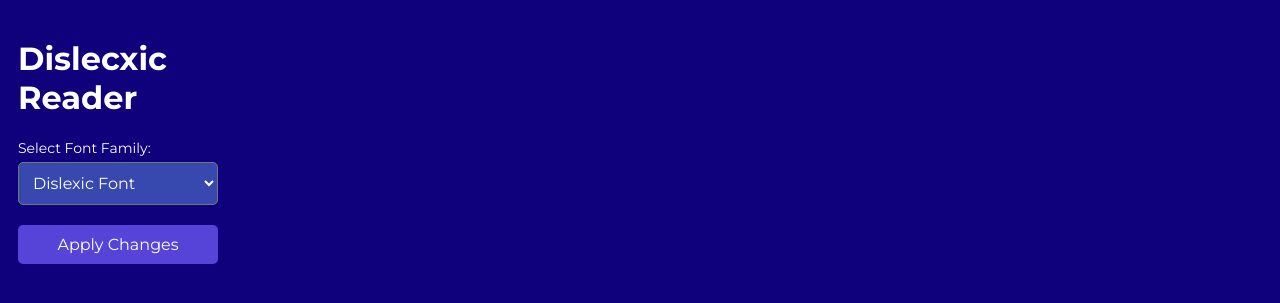
Repository: adatechschool/extension-navigateur-extension_walid_eliana_imelda
Page: Extention 3/popup.html
An editor plug-in stored every save of this project. The page is shown before and after the next save, followed by the edit.
The browser window is 1280 px wide. The pictures show the whole page.

Above is the page before, as saved 2024-01-17 13:00:31.

After the next save:
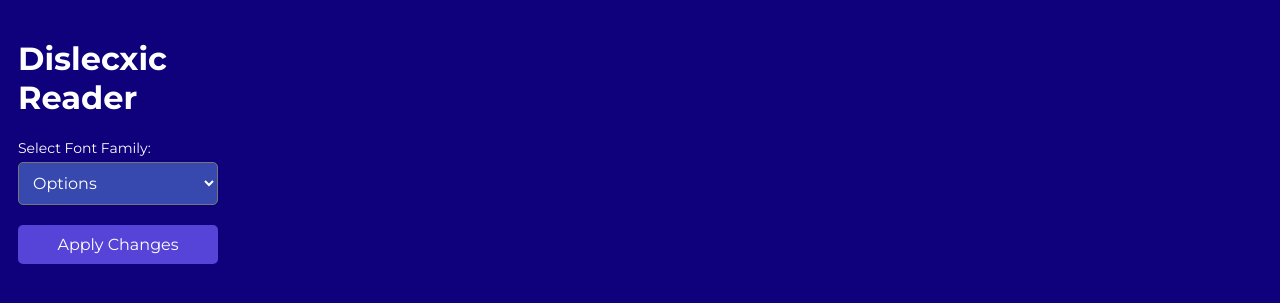
Saved 108 s later.
--- a/Extention 3/popup.html
+++ b/Extention 3/popup.html
@@ -18,7 +18,7 @@
   <label for="font-family">Select Font Family:</label>
 
   <select id="font-family">
-
+    <option >Options</option>
     <option value= "OpenDyslexic-Regular">Dislexic Font</option>
     <option value="Rockwell-bold">bold-letters</option>
 
